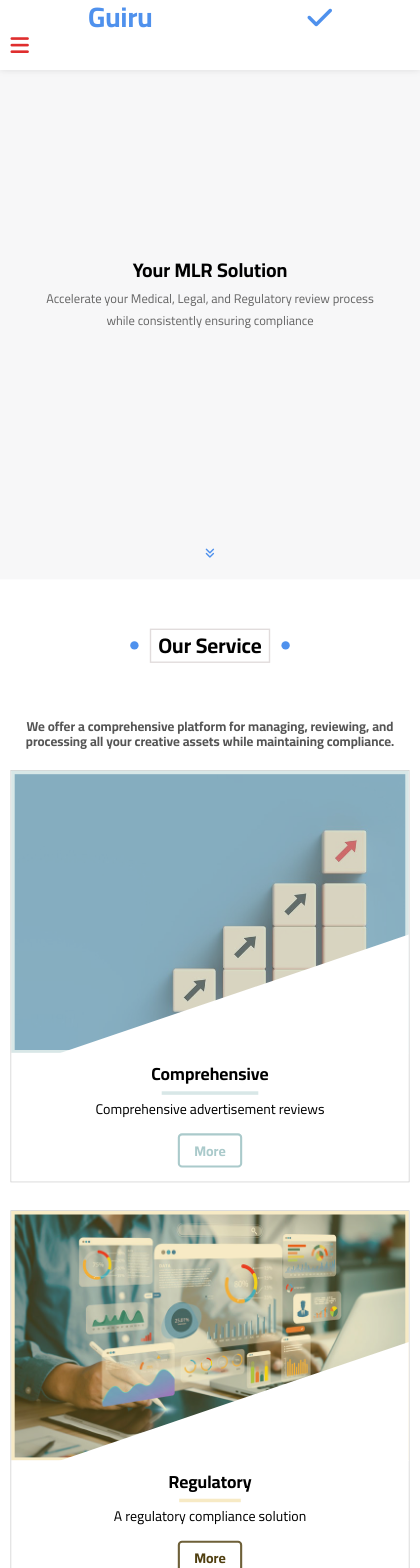
Repository: AsmaaAlothman/Templet-1-website
Page: home.html
The author's editor kept a copy of each file at every save. The page is drawn from the files as they stood at one save, then again after a run of saves.
The browser window is 600 px wide. The pictures show the part of the page from y = 0 to 2240 px (the page is 5240 px tall), at 70% of full size.

Above is the page before, as saved 2024-08-31 13:43:44.

After the next 2 saves:
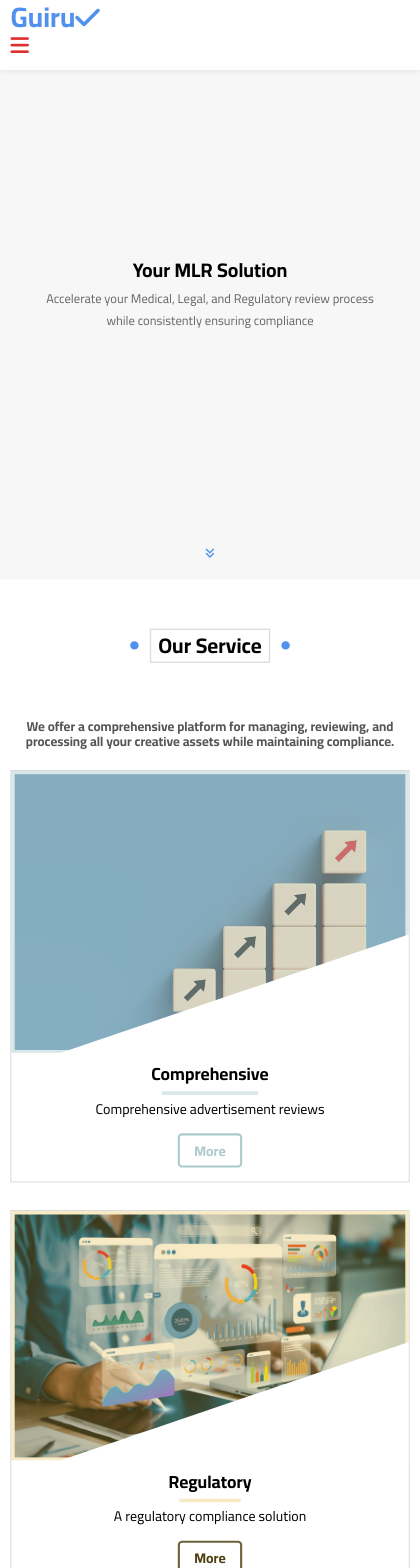
The 2 saves are shown as one change because they came seconds apart.
The last was saved 43 s later.
--- a/css/home.css
+++ b/css/home.css
@@ -243,7 +243,7 @@ img {
     }
     .header .container .logo {
         display: flex;
-        justify-content: space-around;
+        justify-content: start;
     }
 }
 
